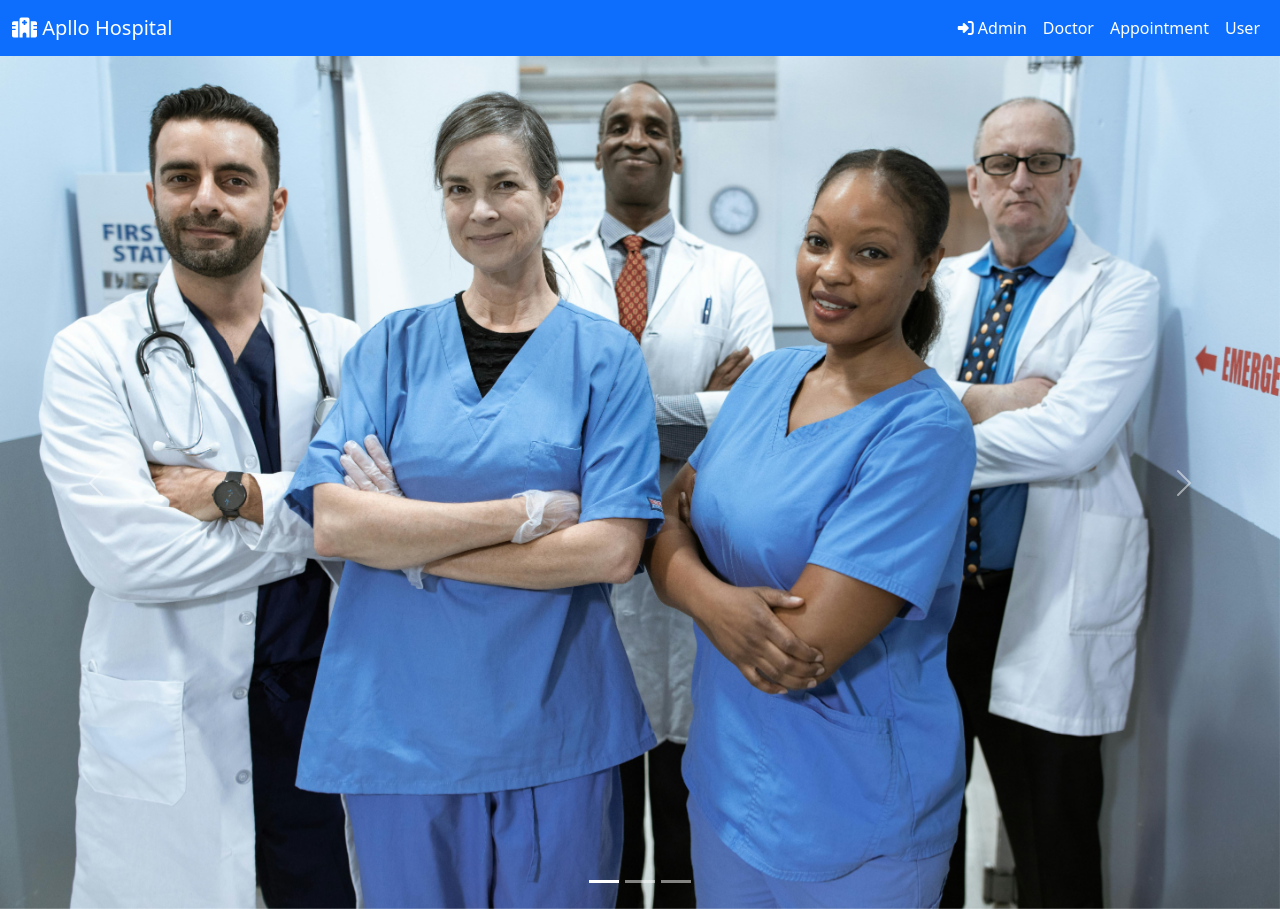
Repository: Subhadip09/Hospital-Management-System
Page: http://localhost/Hospital-Management-System/
An editor plug-in stored every save of this project. The page is shown before and after the next save, followed by the edit.
The browser window is 1280 px wide. The pictures show the whole page.
The page is served by Tomcat 9.

Above is the page before, as saved 2024-04-05 17:08:51.

After the next save:
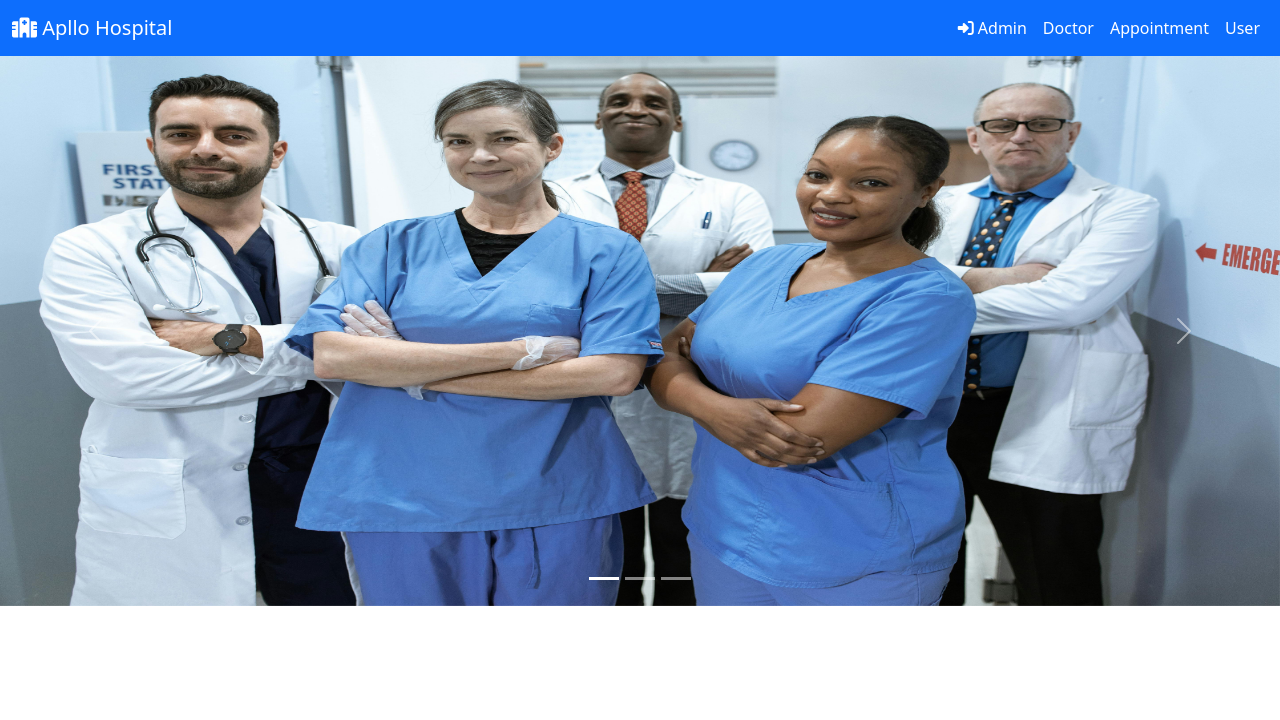
Saved 14 s later.
--- a/Hospital-Management-System/src/main/webapp/index.jsp
+++ b/Hospital-Management-System/src/main/webapp/index.jsp
@@ -21,7 +21,7 @@
 		</div>
 		<div class="carousel-inner">
 			<div class="carousel-item active">
-				<img src="img/hos1.jpg" class="d-block w-100" alt="..." width="60%" height="10%">
+				<img src="img/hos1.jpg" class="d-block w-100" alt="..." width="60%" height="550px">
 			</div>
 			<div class="carousel-item">
 				<img src="img/hos2.jpg" class="d-block w-100" alt="..." height="560px">
